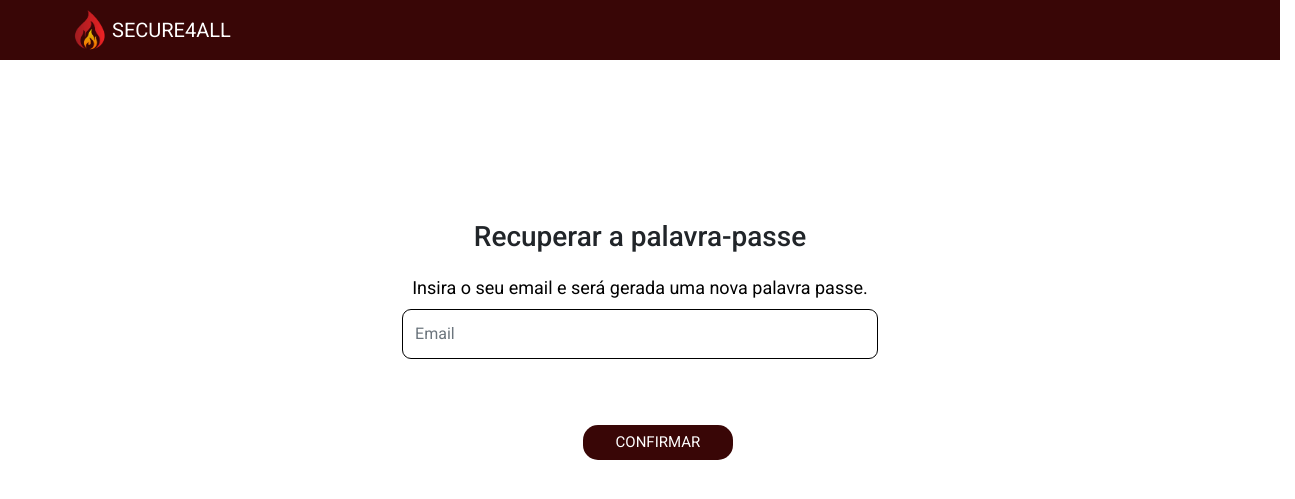
Repository: Rastafari13/D221
Page: Frontend/Frontend/startbootstrap-scrolling-nav-gh-pages/password.html
The author's editor kept a record of every edit. The page is drawn from the files as they stood at one moment, then again after the next edit.
The browser window is 1280 px wide. The page is 1295 px wide, so the pictures cover 1295 px, including what lies to the right of the window. The pictures show the whole page.

Above is the page before.
Console error: TypeError: Cannot set properties of null (setting 'onclick')

After the next edit:
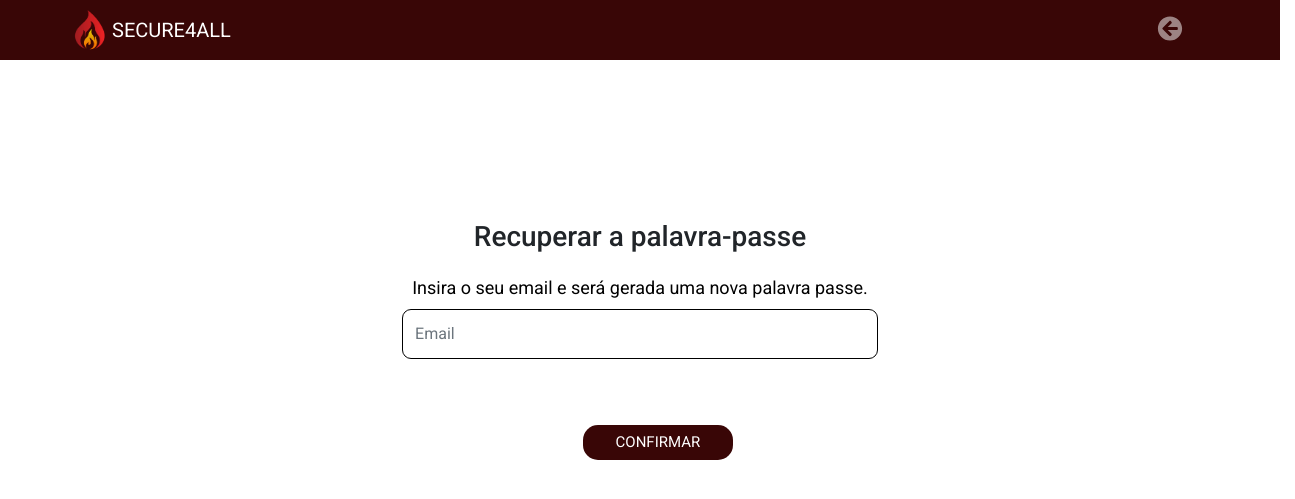
The edit:
--- a/Frontend/Frontend/startbootstrap-scrolling-nav-gh-pages/password.html
+++ b/Frontend/Frontend/startbootstrap-scrolling-nav-gh-pages/password.html
@@ -17,6 +17,7 @@
 
     <!-- Custom styles for this template -->
     <link href="css/scrolling-nav.css" rel="stylesheet">
+    <script src="https://cdnjs.cloudflare.com/ajax/libs/font-awesome/5.15.1/js/all.min.js" crossorigin="anonymous"></script>
 
 </head>
 
